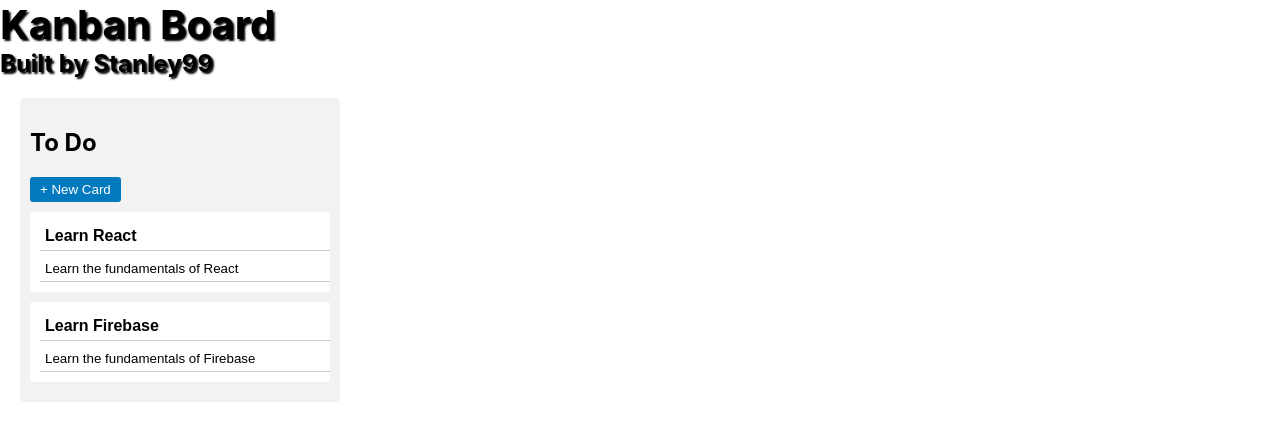
Repository: trapper99/kanban-app
Page: /
The author's editor kept a copy of each file at every save. The page is drawn from the files as they stood at one save, then again after the next save.
The browser window is 1280 px wide. The pictures show the whole page.
The project was rebuilt for these pictures with package versions that can differ from the ones it lists, and the page was loaded fresh each time.

Above is the page before, as saved 2023-06-12 15:13:55.

After the next save:
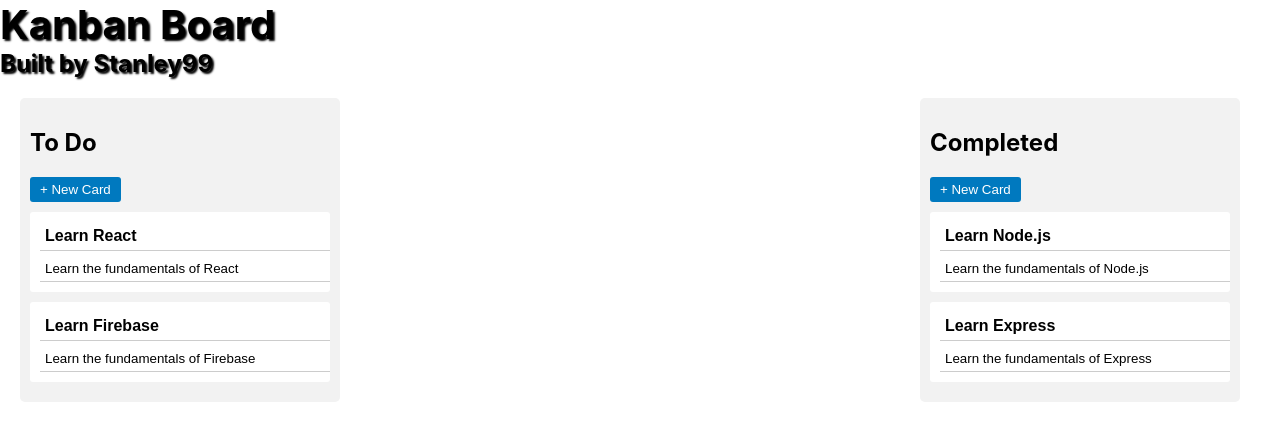
Saved 44 s later.
--- a/src/App.js
+++ b/src/App.js
@@ -73,7 +73,22 @@ function App() {
             }
           ]
         },
-
+        {
+          id: 3,
+          title: 'Completed',
+          cards: [
+           {
+            id: 5,
+            title: 'Learn Node.js',
+            description: 'Learn the fundamentals of Node.js'
+           },
+           {
+            id: 6,
+            title: 'Learn Express',
+            description: 'Learn the fundamentals of Express'
+           }
+          ]
+         }
       ]);
     }
   }, []);
